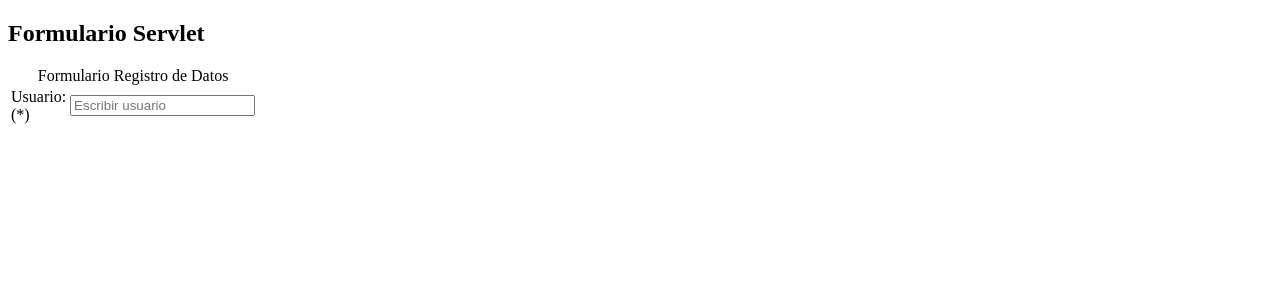
Repository: SRubiRosales/JavaBasico
Page: http://localhost/ManejoFormulariosHTML/
These files come from the project's save history. The page is drawn as it stood at one moment and after the next save; the edit follows.
The browser window is 1280 px wide. The pictures show the whole page.
The page is served by Tomcat 9.

Above is the page before, as saved 2022-04-25 22:16:43.

After the next save:
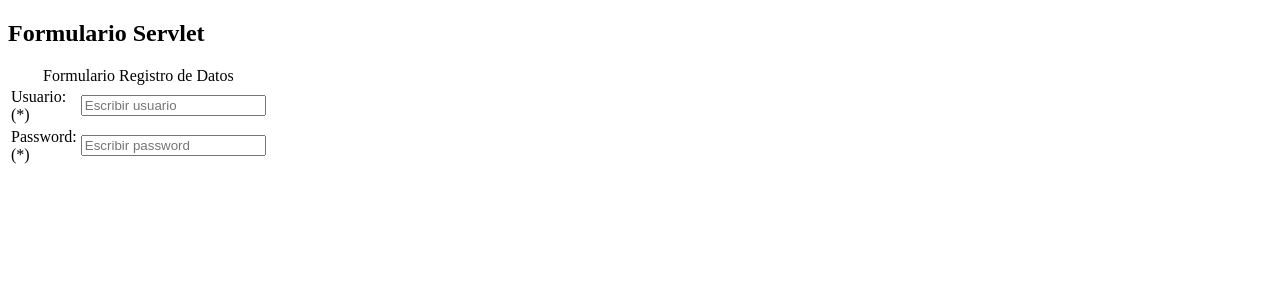
Saved 67 s later.
--- a/ManejoFormulariosHTML/src/main/webapp/index.jsp
+++ b/ManejoFormulariosHTML/src/main/webapp/index.jsp
@@ -18,8 +18,13 @@
 						<input class="default" type="text" name="usuario" placeholder="Escribir usuario"></input>
 					</td>
 				</tr>
+				<tr>
+					<td class="columna">Password: (*)</td>
+					<td>
+						<input class="default" type="text" name="password" placeholder="Escribir password"></input>
+					</td>
+				</tr>
 			</table>
-			<input type="hidden" name="oculto" value="valorOculto"></input>
 		</form>
 	</body>
 </html>
